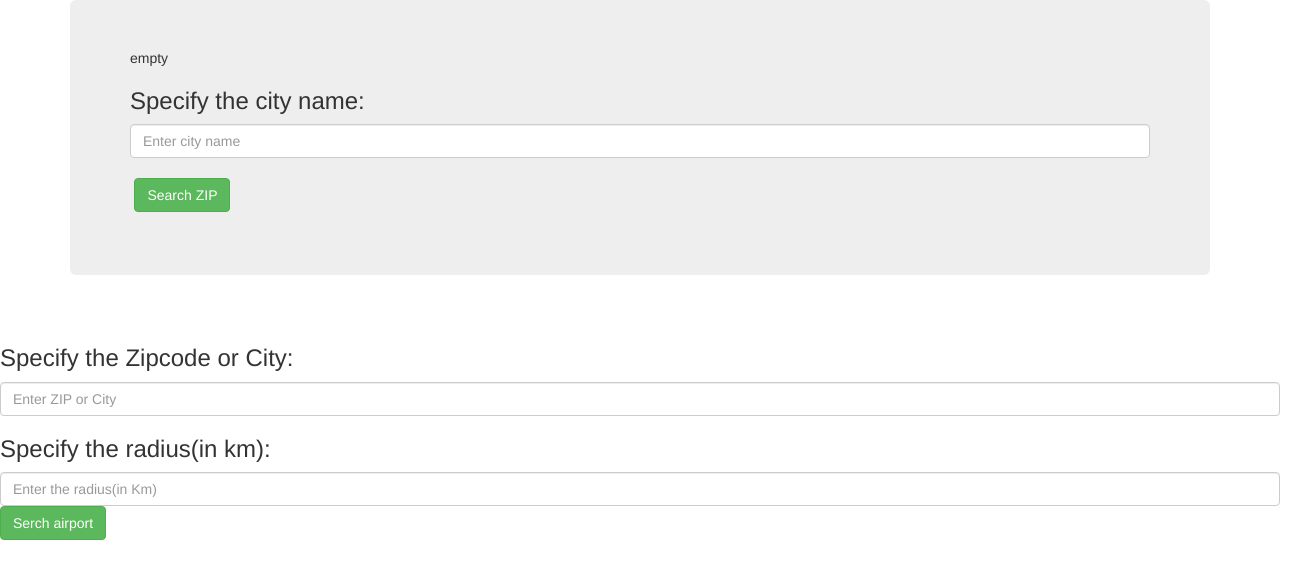
Repository: sjayach/CS320
Page: http://localhost/CS320/AirportDisplay
An editor plug-in stored every save of this project. The page is shown before and after the next save, followed by the edit.
The browser window is 1280 px wide. The page is 1280 px wide, then 1295 px, so the pictures cover 1295 px, including what lies to the right of the window. The pictures show the whole page.
The page is served by Tomcat 9. Other server files are loaded and not shown. Queries for data that is not in the repository find no rows.

Above is the page before, as saved 2015-06-14 06:35:04.

### CS320/WebContent/WEB-INF/jsp/homework3/Airports.jsp
<%@ page language="java" contentType="text/html; charset=ISO-8859-1"
    pageEncoding="ISO-8859-1"%>
    <%@ taglib prefix="c" uri="http://java.sun.com/jsp/jstl/core" %>
<!DOCTYPE html PUBLIC "-//W3C//DTD HTML 4.01 Transitional//EN" "http://www.w3.org/TR/html4/loose.dtd">
<html>
<head>
<meta http-equiv="Content-Type" content="text/html; charset=ISO-8859-1">
<link rel="stylesheet" href="https://maxcdn.bootstrapcdn.com/bootstrap/3.3.4/css/bootstrap.min.css">

<title>Insert title here</title>

</head>
<body>




 <div class="container">
<div class="jumbotron">
	<form  class="form-horizontal" action="AirportDisplay" method=post>
	<c:if test="${empty phonetic }">
		<c:out value="empty"></c:out>
	</c:if>
		<datalist id="cities">
			<c:forEach items="${ phonetic}" var="cityPhonetic">
    			<option value="${cityPhonetic}">

    		</c:forEach>
  		</datalist>
	<h3>Specify the city name:</h3>
	<input  class="form-control" type="text" name="city_name" list="cities" placeholder="Enter city name">
	<br />
	<div class="form-group">
	&nbsp;&nbsp;&nbsp;&nbsp;&nbsp;<input class="btn btn-success" type="submit" value="Search ZIP" name="search_zip">
	</div>
	</form>
	</div>
	</div>
	<br />

	<form action="AirportDisplay" method=post>
		<h3>Specify the Zipcode or City:</h3>
		<input class="form-control" type="text" name="searchQuery" placeholder="Enter ZIP or City">
		<h3>Specify the radius(in km):</h3>
		<input class="form-control" type="text" name="distance" placeholder="Enter the radius(in Km)">
		<div class="form-group">
		<input class="btn btn-success" type="submit" value="Serch airport" name="search_airport">
		</div>
	</form>

	<c:if test="${not empty DisplayZip}">
		<div class="container">
			<table class="table table-bordered table-striped">
				<tr>
					<th>City</th>
					<th>ZipCode </th>
					<th>Map Thumbnail</th>
				</tr>
				<c:forEach items="${DisplayZip}" var="place" varStatus="stat">
					<tr>
						<td>${place.city}</td>
						<td>${place.zip}</td>
						<td><img alt="Map" src="https://maps.googleapis.com/maps/api/staticmap?&zoom=9&size=300x300&maptype=roadmap&markers=${place.latitude},${ place.longitude}"/></td>
					</tr>

				</c:forEach>
			</table>
		</div>
	</c:if>



	<c:if test="${not empty airports}">
		<div class="container">
			<table class="table table-bordered table-striped">
				<tr>
					<th>Airport</th>
					<th>Latitude</th>
					<th>Longitude</th>
					<th>Map Thumbnail</th>
				</tr>
				<c:forEach items="${ airports}" var="plot" varStatus="stat">
					<tr>
						<td>${plot.airport}</td>
						<td>${plot.latitude}</td>
						<td>${plot.longitude}</td>
						<td><img alt="Map" src="https://maps.googleapis.com/maps/api/staticmap?&zoom=9&size=300x300&maptype=roadmap&markers=${plot.latitude},${ plot.longitude}"/></td>


					</tr>
				</c:forEach>
			</table>

		</div>
	</c:if>

	<c:if test="${not empty cityAirport}">
		<div class="container">
			<table class="table table-bordered table-striped">
				<tr>
					<th>Airport</th>
				</tr>
				<c:forEach items="${cityAirport}" var="airport" varStatus="stat">
					<tr>
						<c:if test="${not empty airport}">
						<td>${airport}</td>
						</c:if>
					</tr>
				</c:forEach>
			</table>

		</div>
	</c:if>
	<c:if test="${not empty myVar}">
		<img alt="Map" src="https://maps.googleapis.com/maps/api/staticmap?&zoom=9&size=600x300&maptype=roadmap${myVar}">
	</c:if>
</body>
</html>

### CS320/src/homework3/AirportDisplay.java
package homework3;

import homework2.CS320User;

import java.io.IOException;
import java.sql.Connection;
import java.sql.Driver;
import java.sql.DriverManager;
import java.sql.ResultSet;
import java.sql.Statement;
import java.util.ArrayList;
import java.util.Arrays;
import java.util.HashSet;
import java.util.List;
import java.util.Set;

import javax.servlet.ServletContext;
import javax.servlet.ServletException;
import javax.servlet.annotation.WebServlet;
import javax.servlet.http.HttpServlet;
import javax.servlet.http.HttpServletRequest;
import javax.servlet.http.HttpServletResponse;

/**
 * Servlet implementation class AirportDisplay
 */
@WebServlet("/AirportDisplay")
public class AirportDisplay extends HttpServlet {
	private static final long serialVersionUID = 1L;
    private static int hit_counter = 0;

	public double calculateDistance(double lat1, double lon1, double lat2, double lon2) {


		double R = 6372.8;



        double dLat = Math.toRadians(lat2 - lat1);
        double dLon = Math.toRadians(lon2 - lon1);
        lat1 = Math.toRadians(lat1);
        lat2 = Math.toRadians(lat2);

        double a = Math.sin(dLat / 2) * Math.sin(dLat / 2) + Math.sin(dLon / 2) * Math.sin(dLon / 2) * Math.cos(lat1) * Math.cos(lat2);
        double c = 2 * Math.asin(Math.sqrt(a));
        return R * c;


	}


	public void init() throws ServletException {
		ServletContext context = this.getServletContext();
		if (context.getAttribute("PhoneticContext") == null) {
			String host = "cs3.calstatela.edu";
			String port = "3306";
			String dbName = "cs320stu47";
			String username = "cs320stu47";
			String password = "..7qX4#g";

			String url = "jdbc:mysql://" + host + ":" + port + "/" + dbName;

			try{
				// Dynamically include the MySQL Driver
				Class.forName("org.gjt.mm.mysql.Driver").newInstance();

				// Instantiate the Driver
				Driver driver = new org.gjt.mm.mysql.Driver();

				// Connect to the Database
				Connection connection =
						DriverManager.getConnection(url, username, password);

				// Create a Statement
				Statement statement = connection.createStatement();


				String phonetic_query = "SELECT city FROM zipcodes";
				ResultSet rs = statement.executeQuery(phonetic_query);
				List <String> phonetic = new ArrayList<String>();
				while ( rs.next() ){
					phonetic.add (rs.getString("city"));
				}
				Set<String> hs = new HashSet<>();
				hs.addAll(phonetic);
				phonetic.clear();
				phonetic.addAll(hs);
				System.out.println("phonetic" + phonetic.size());
				context.setAttribute("PhoneticContext", phonetic);
				connection.close();
			} catch(Exception e) {System.out.println("exception");}
		}
	}

	protected void doGet(HttpServletRequest request, HttpServletResponse response) throws ServletException, IOException {
		 ServletContext context = this.getServletContext();
		List<String> phonetic = (List<String>) context.getAttribute("PhoneticContext");
		request.setAttribute("phonetic", phonetic);
		request
		.getRequestDispatcher("/WEB-INF/jsp/homework3/Airports.jsp")
		.forward(request, response);
	}


	protected void doPost(HttpServletRequest request, HttpServletResponse response) throws ServletException, IOException {
		String host = "cs3.calstatela.edu";
		String port = "3306";
		String dbName = "cs320stu47";
		String username = "cs320stu47";
		String password = "..7qX4#g";

		String url = "jdbc:mysql://" + host + ":" + port + "/" + dbName;

		try{
			// Dynamically include the MySQL Driver
			Class.forName("org.gjt.mm.mysql.Driver").newInstance();

			// Instantiate the Driver
			Driver driver = new org.gjt.mm.mysql.Driver();

			// Connect to the Database
			Connection connection =
					DriverManager.getConnection(url, username, password);

			// Create a Statement
			Statement statement = connection.createStatement();

			// Create the Query

			ArrayList<AirportBean> zip_op =
					new ArrayList<AirportBean>();
			// Query the Database and get a reference to a Result Set
			if (request.getParameter("search_zip") != null ||
					request.getParameter("searchQuery") != null) {

				boolean isCity = true;
				String city_name = null;
				if (request.getParameter("searchQuery") != null) {
					try {
						int zip = Integer.parseInt(request.getParameter("searchQuery"));
						isCity = false;
					} catch(NumberFormatException e) {
						city_name = request.getParameter("searchQuery");
						isCity=true;
					}
				} else
					city_name=request.getParameter("city_name");

				if (isCity) {

					String query = "SELECT * FROM zipcodes WHERE city LIKE '%" + city_name + "%'";
					ResultSet resultSet = statement.executeQuery(query);

					while ( resultSet.next() ){
						String zip = resultSet.getString("zip");
						String city = resultSet.getString("city");
						double lat = resultSet.getDouble("latitude");
						double lon = resultSet.getDouble("longitude");
						zip_op.add(new AirportBean(zip, city, lat, lon));
					}
					if(request.getParameter("searchQuery") == null)
						request.setAttribute("DisplayZip", zip_op);
				}
			}


			if (request.getParameter("search_airport") != null) {
				String city;
				int zipcode = 0;
				boolean isZip;
				double distance = Double.parseDouble(request.getParameter("distance"));
				String airportQuery= "SELECT * FROM airports;";
				try {
					zipcode = Integer.parseInt(request.getParameter("searchQuery"));
					isZip = true;
				}
				catch(NumberFormatException e) {
					isZip = false;
				}




				if (isZip) {
					String queryname = "SELECT * FROM zipcodes WHERE zip=" + zipcode;
					System.out.println("Query" +queryname);
					ResultSet resultSet = statement.executeQuery(queryname);
					System.out.println("isZip " +isZip);
					double latitude = 0;
					double longitude = 0;

					while(resultSet.next()) {
						latitude = resultSet.getDouble("latitude");
						longitude = resultSet.getDouble("longitude");
					}

					ResultSet resultSet1 = statement.executeQuery(airportQuery);
					double airLat;
					double airLon;
					ArrayList<AirportBean> display_airport =
							new ArrayList<AirportBean>();
					while(resultSet1.next()) {
						airLat = resultSet1.getDouble("Latitude");
						airLon = resultSet1.getDouble("Longitude");
						String airport = resultSet1.getString("Airport");
						double km = calculateDistance(latitude, longitude, airLat, airLon);
						if (km <= distance){
							System.out.println("Airport " + airport + " Latitude " + airLat + " Longitude " +airLon);
							display_airport.add(new AirportBean(airport, airLat, airLon ));
						}
					}
					request.setAttribute("airports", display_airport);

				} else {
					double airLat;
					double airLon;
					ArrayList<AirportBean> display_airport =
							new ArrayList<AirportBean>();
					String [] airport_name = new String[2048];
					int i = 0;
					System.out.println("before "  + airportQuery);
					ResultSet resultSet1 = statement.executeQuery(airportQuery);
					System.out.println("Executed");
					while(resultSet1.next()) {
						airLat = resultSet1.getDouble("Latitude");
						airLon = resultSet1.getDouble("Longitude");
						String airport = resultSet1.getString("Airport");
						System.out.println("airport is " +airport +airLat+airLon);
						display_airport.add(new AirportBean(airport, airLat, airLon ));
					}

					for(AirportBean zip : zip_op) {
						for(AirportBean air : display_airport) {
							double km = calculateDistance(zip.latitude, zip.longitude, air.latitude, air.longitude);
							if (km <= distance) {

										airport_name[i] = air.airport;
										i++;

							}
						}
					}
					// Remove the duplicate entries of airport
				    Set<String> stringSet = new HashSet<>(Arrays.asList(airport_name));
				    String[] filteredArray = stringSet.toArray(new String[0]);
					for(i=0; i <filteredArray.length; i++)
						System.out.println( i +"Airport" +filteredArray[i]);
					request.setAttribute("cityAirport", filteredArray);

				}
			}
			connection.close();

		}catch(Exception e){};
		doGet(request,response);
	}

}

After the next save:
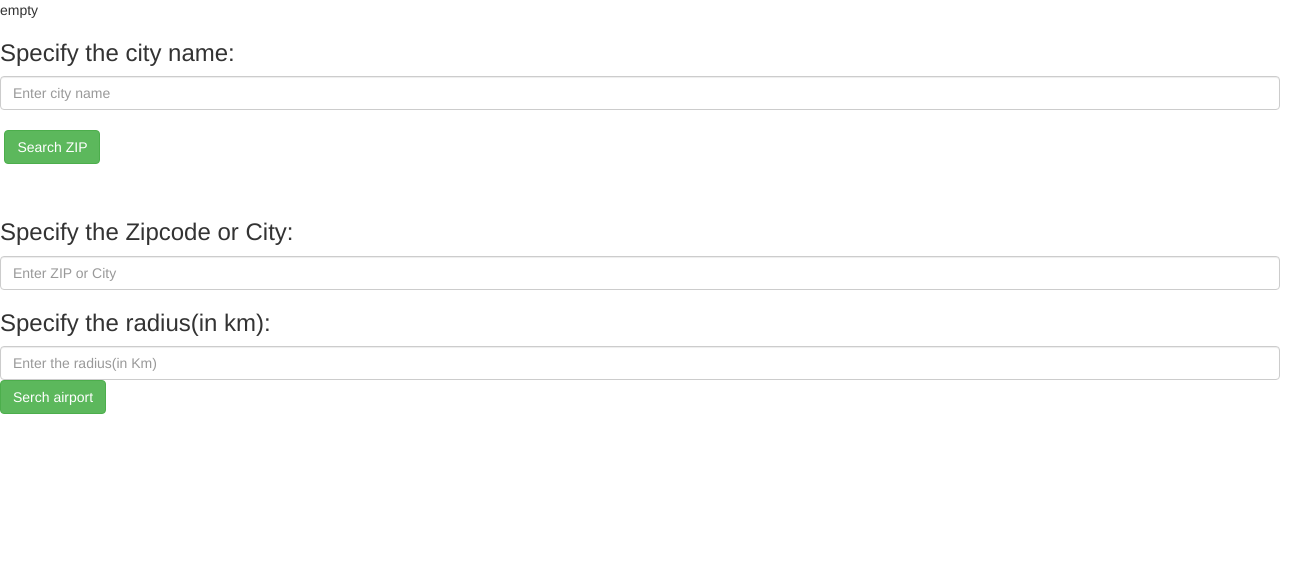
Saved 61 s later.
--- a/CS320/WebContent/WEB-INF/jsp/homework3/Airports.jsp
+++ b/CS320/WebContent/WEB-INF/jsp/homework3/Airports.jsp
@@ -15,8 +15,7 @@
 
 
 
- <div class="container">
-<div class="jumbotron">
+
 	<form  class="form-horizontal" action="AirportDisplay" method=post>
 	<c:if test="${empty phonetic }">
 		<c:out value="empty"></c:out>
@@ -34,8 +33,6 @@
 	&nbsp;&nbsp;&nbsp;&nbsp;&nbsp;<input class="btn btn-success" type="submit" value="Search ZIP" name="search_zip">
 	</div>
 	</form>
-	</div>
-	</div>
 	<br />
 
 	<form action="AirportDisplay" method=post>
